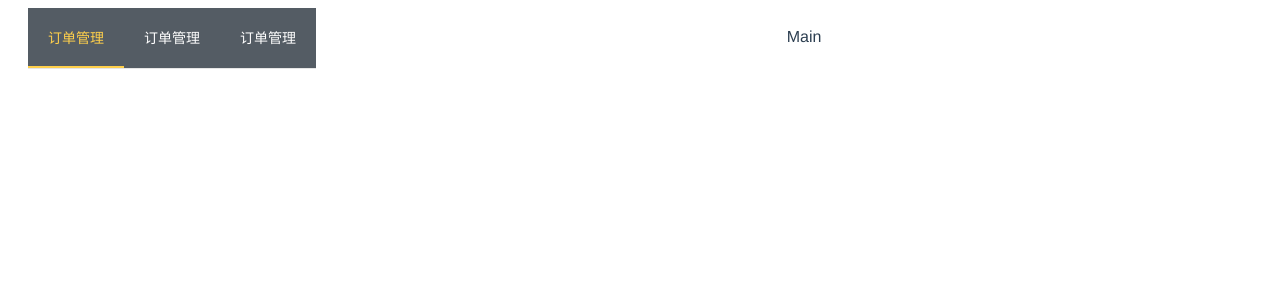
Repository: TheWomanLiketheWind/woodpecker
Page: /
The author's editor kept a copy of each file at every save. The page is drawn from the files as they stood at one save, then again after the next save.
The browser window is 1280 px wide. The pictures show the whole page.
The project was rebuilt for these pictures with package versions that can differ from the ones it lists, and the page was loaded fresh each time. Imported but missing from the stored project, and not drawn on this page: src/views/About.vue.

Above is the page before, as saved 2019-07-25 14:33:11.

After the next save:
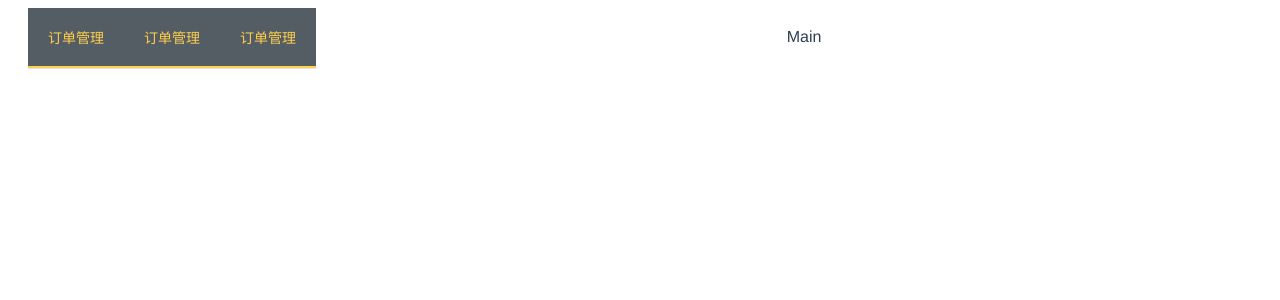
Saved 2 min 10 s later.
--- a/src/components/Head.vue
+++ b/src/components/Head.vue
@@ -7,12 +7,9 @@
              text-color="#fff"
              active-text-color="#ffd04b"
              @select="handleSelect">
-      <el-menu-item index="1">订单管理
-      </el-menu-item>
-      <el-menu-item index="2">订单管理
-      </el-menu-item>
-      <el-menu-item index="3">订单管理
-      </el-menu-item>
+      <el-menu-item index="1"
+                    v-for="(item, index) in menuList"
+                    :key="index">{{item.name}}</el-menu-item>
     </el-menu>
   </el-header>
 </template>
@@ -25,7 +22,21 @@ export default class Head extends Vue {
   @Prop() private msg!: string;
   data() {
     return {
-      activeIndex: "1"
+      activeIndex: "1",
+      menuList: [
+        {
+          name: "订单管理",
+          link: ""
+        },
+        {
+          name: "订单管理",
+          link: ""
+        },
+        {
+          name: "订单管理",
+          link: ""
+        }
+      ]
     };
   }
 
